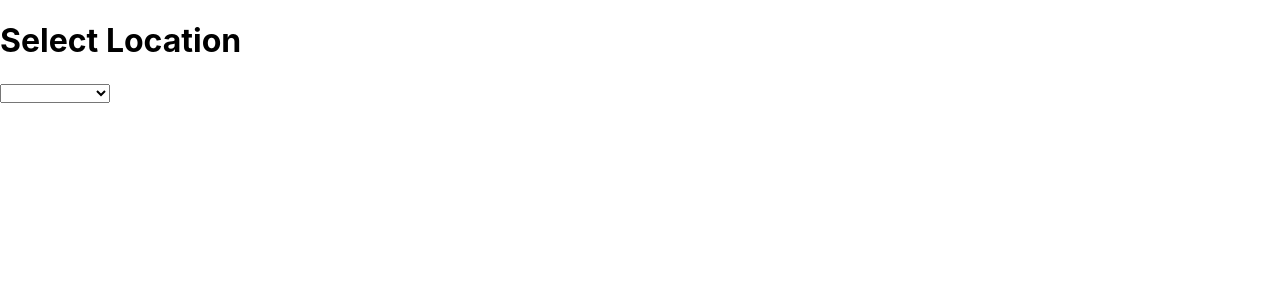
Repository: rajratangm/xstate
Page: /
These files come from the project's save history. The page is drawn as it stood at one moment and after the next save; the edit follows.
The browser window is 1280 px wide. The pictures show the whole page.
The page's requests for data from a server got no answer. The project was rebuilt for these pictures with package versions that can differ from the ones it lists, and the page was loaded fresh each time. No one was signed in, and anything a server would have sent is missing. Also part of the build but not shown: src/App.css.

Above is the page before, as saved 2024-04-03 15:11:12.

### src/App.js
import './App.css';
import { useEffect, useState } from 'react';

function App() {
  const [countries, setCountries]= useState([]);
  const [selectedCountry, setSelectedCountry]= useState([])

  const getCountriesData= async ()=>{
    try{
      const data = await fetch('https://crio-location-selector.onrender.com/countries')
      const res = await data.json();
      setCountries(res)
    }
    catch(e){
      console.log(e)

    }
  }

  const handleCountryChange=(e)=>{
    console.log(e.target.value)
    setSelectedCountry(e.target.value)

  }

  useEffect(()=>{
    getCountriesData()
  })
  return (
    <>
      <h1>Select Location</h1>
      <div>
        <select onChange={handleCountryChange} value={selectedCountry}>
          <option value='Select Country' disabled>Select Country</option>
          {
            countries.map((item)=>{
              return <option value={item}>{item}</option>
            })
          }

        </select>
      </div>


    </>
  );
}

export default App;

Loaded but not shown: public/index.html (common file); src/index.js (common file); src/index.css (common file); src/reportWebVitals.js (common file)

After the next save:
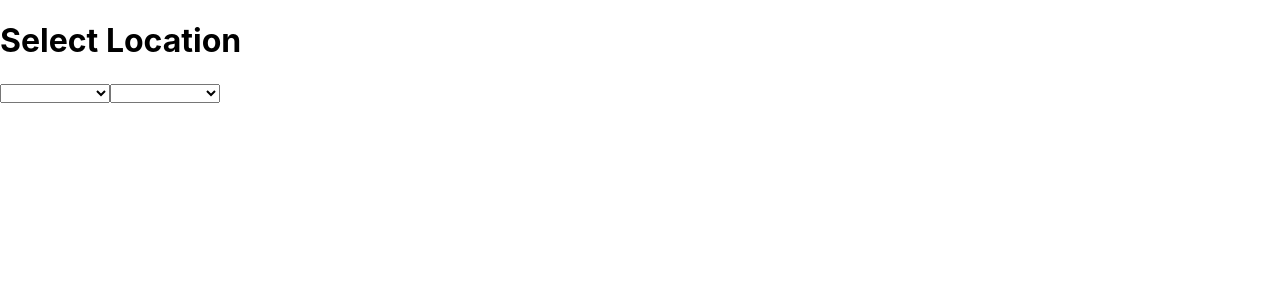
Saved 46 s later.
--- a/src/App.js
+++ b/src/App.js
@@ -39,6 +39,16 @@ function App() {
           }
 
         </select>
+
+        <select onChange={handleCountryChange} value={selectedCountry}>
+          <option value='Select Country' disabled>Select Country</option>
+          {
+            countries.map((item)=>{
+              return <option value={item}>{item}</option>
+            })
+          }
+
+        </select>
       </div>
 
 
